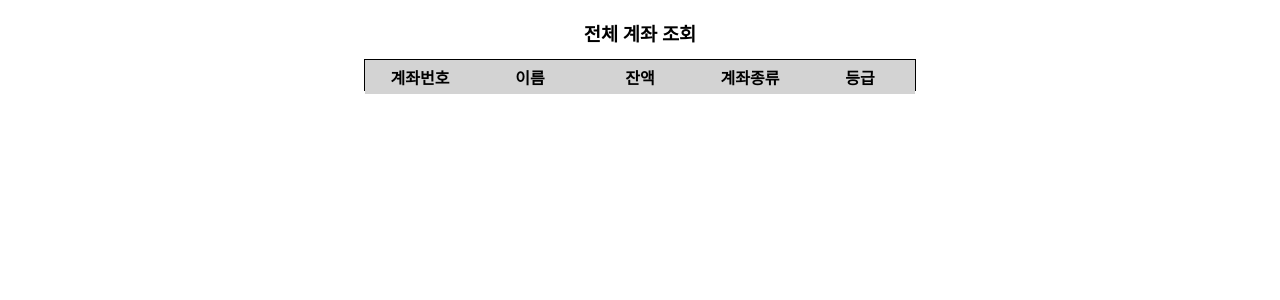
Repository: ss2ol/project
Page: http://localhost/Bank/allAccountInfo.jsp
The author's editor kept a copy of each file at every save. The page is drawn from the files as they stood at one save, then again after the next save.
The browser window is 1280 px wide. The pictures show the whole page.
The page is served by Tomcat 9. Other server files are loaded and not shown.

Above is the page before, as saved 2022-05-25 05:57:49.

### jsp_work/Bank/WebContent/allAccountInfo.jsp
<%@ page language="java" contentType="text/html; charset=UTF-8"
	pageEncoding="UTF-8"%>
<!DOCTYPE html>
<html>
<head>
<meta charset="UTF-8">
<title>Insert title here</title>
<style>
body {
	margin: 0 auto;
	width: 552px;
}

.container {
	/* padding:10px; */
	border: 1px solid;
}

.header {
	height: 40px;
}

.row {
	height: 30px;
}

.title {
	font-weight: bold;
	background-color: lightgrey;
}

.colume {
	padding: 5px;
	width: 100px;
	float: left;
}

.input {
	float: left;
}

input[type='submit'] {
	font-weight: bold;
	width: 120px;
	background-color: lightgrey;
}
</style>
</head>
<body>
	<center>
		<form>
			<div class="header">
				<h3>전체 계좌 조회</h3>
			</div>
			<div class="container" id="container">
				<div class="row">
					<div class="title colume">계좌번호</div>
					<div class="title colume">이름</div>
					<div class="title colume">잔액</div>
					<div class="title colume">계좌종류</div>
					<div class="title colume">등급</div>
				</div>
			</div>
		</form>
	</center>
</body>
</html>

After the next save:
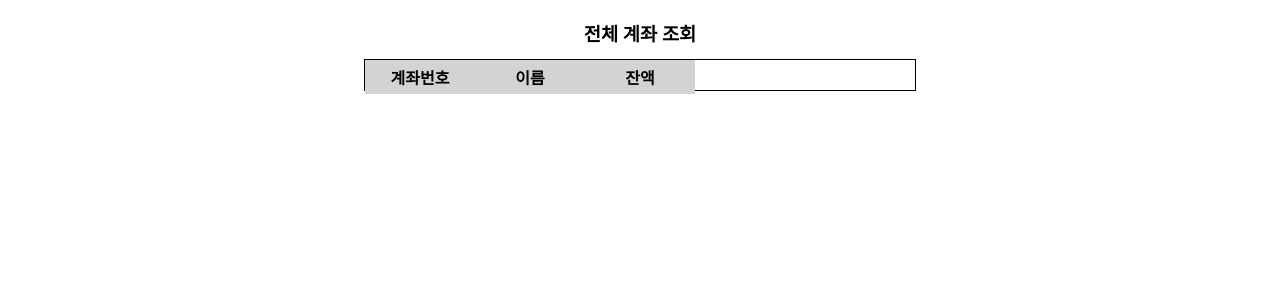
Saved 3 min 33 s later.
--- a/jsp_work/Bank/WebContent/allAccountInfo.jsp
+++ b/jsp_work/Bank/WebContent/allAccountInfo.jsp
@@ -57,8 +57,7 @@ input[type='submit'] {
 					<div class="title colume">계좌번호</div>
 					<div class="title colume">이름</div>
 					<div class="title colume">잔액</div>
-					<div class="title colume">계좌종류</div>
-					<div class="title colume">등급</div>
+
 				</div>
 			</div>
 		</form>
